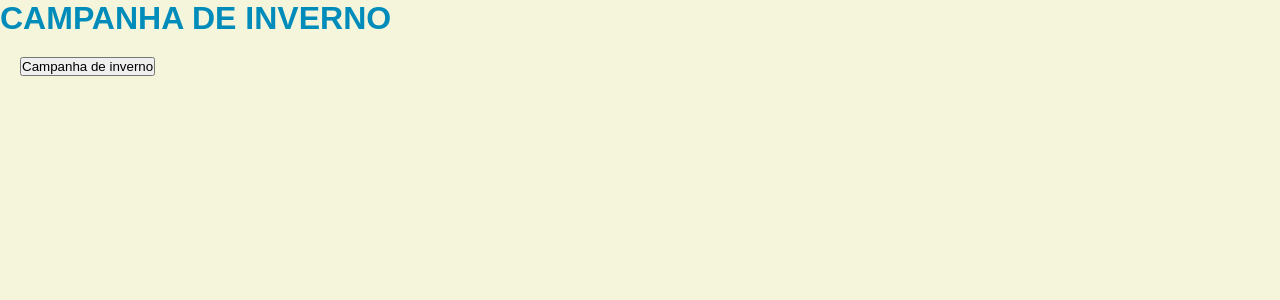
Repository: adrtrvs/qrcodeong
Page: campaignall.html
These files come from the project's save history. The page is drawn as it stood at one moment and after the next save; the edit follows.
The browser window is 1280 px wide. The pictures show the whole page.
Some web fonts or font styles are not loaded; a fallback is used.

Above is the page before, as saved 2023-05-26 09:37:50.

### campaignall.html
<!DOCTYPE html>
<html lang="pt-br">
  <head>
    <meta charset="UTF-8" />
    <meta http-equiv="X-UA-Compatible" content="IE=edge" />
    <meta name="viewport" content="width=device-width, initial-scale=1.0" />
    <link
      href="./files/logofavifinal.jpeg"
      rel="shortcut icon"
      type="image/x-icon"
    />
    <link rel="stylesheet" href="style.css" />
    <title>Campanha de inverno</title>
  </head>
  <body>
    <h1>Campanha de inverno</h1>
    <button class="campaignbutton">Campanha de inverno</button>
  </body>
</html>

### style.css
@import url('https://fonts.googleapis.com/css2?family=Courgette&display=swap');
@import url('https://fonts.googleapis.com/css2?family=Indie+Flower&display=swap');
@import url('https://fonts.googleapis.com/css2?family=Cuprum:wght@500&display=swap');
* {
  padding: 0;
  margin: 0;
}
@keyframes animate {
  0% {
    opacity: 0;
  }

  50% {
    opacity: 1;
  }

  100% {
    opacity: 0;
  }
}

body {
  background-color: #f5f5dc;
  background-repeat: no-repeat;
  background-size: cover;
  width: 100%;
}

header img {
  width: 100%;
}

header p {
  color: black;
  text-align: center;
  font-size: 18px;
  margin: 10px;
  font-family: 'Cuprum', sans-serif;
}

/*FONTES*/

h1,
h2,
h3 {
  color: #008cba;
  text-transform: uppercase;
  font-family: 'Cuprum', sans-serif;
}

/* MENU INDEX */

.menu h2 {
  background-color: #008cba;
  text-align: center;
  font-size: 18px;
  margin: 5px;
  padding: 5px;
  color: whitesmoke;
  font-family: 'Cuprum', sans-serif;
}

.menu h3 {
  font-size: 16px;
  margin-bottom: 5px;
  font-family: 'Cuprum', sans-serif;
}

/* LISTA INDEX */

ul li {
  display: flex;
  justify-content: space-between;
  padding: 16px;
  border-bottom: 1px solid rgba(0, 0, 0, 0.1);
}

/* PARAGRAFOS INDEX*/

.details {
  padding: 5px;
  color: #008cba;
  font-family: 'Cuprum', sans-serif;
}

/*BOTAO INDEX*/

._link {
  background-color: #008cba;
  border: none;
  padding: 13px 23px;
  border-radius: 26px;
  align-self: flex-start;
}

.submenu button a {
  text-decoration: none;
  font-size: 14px;
  color: whitesmoke;
  white-space: nowrap;
  font-family: 'Cuprum', sans-serif;
}

._link:hover {
  background-color: #cbf305;
  transition-duration: 0.4s;
}

.botaocomprov {
  background-color: #4caf50;
  border: none;
  padding: 13px 23px;
  border-radius: 26px;
}
.botaocomprov:hover {
  background-color: #cbf305;
  transition-duration: 0.4s;
}
.botaocomprov a {
  text-decoration: none;
  font-size: 14px;
  color: whitesmoke;
  white-space: nowrap;
  font-family: 'Cuprum', sans-serif;
}
/* PIX ONG  */
._pix {
  color: black;
  padding: 20px;
  text-align: center;
}
.qrcodepixong {
  display: flex;
  flex-direction: column;
  align-items: center;
  background-color: whitesmoke;
}
.qrcodepixong img {
  max-width: -webkit-fill-available;
}

/* TROCO SOLIDÁRIO */

div.trocorockn {
  display: flex;
  flex-direction: column;
  align-items: center;
  background-color: whitesmoke;
}
.trocorockn img {
  max-width: -webkit-fill-available;
}
.ultroco li {
  text-align: center;
  font-family: 'Cuprum', sans-serif;
  color: #008cba;
}

/*BOTÃO CAMPANHAS*/

.campaignbutton {
  text-align: center;
  margin: 20px;
}

.campaignbutton a {
  text-decoration: none;
  text-transform: uppercase;
  font-size: 2em;
  color: rgba(219, 10, 10, 0.73);
  text-align: center;
  animation: animate 2s linear infinite;
  font-family: 'Cuprum', sans-serif;
}
/*
.bcampaign {
  padding: 8px 15px;
  border-radius: 26px;
  border: none;
  background-color: #008cba;
}

.bcampaign:hover {
  background-color: #cbf305;
  transition-duration: 0.4s;
} */
/* CAMPAIGN*/

/* campaignvid {
  display: flex;
  flex-direction: column;
  align-items: center;
 */

/* .buttoncampaignaj {
  padding: 8px 15px;
  border-radius: 26px;
  border: none;
  background-color: #008cba;
  margin: 20px;
}

.buttoncampaignaj a {
  text-decoration: none;
  text-transform: uppercase;
  font-size: 2em;
  color: whitesmoke;
  animation: animate 3s linear infinite;
}

.buttoncampaignaj:hover {
  background-color: #4caf50;
  transition-duration: 0.4s;
}

.titlecampaing {
  text-align: center;
  color: rgba(0, 0, 0, 0.9);
}

.campaigndescription {
  font-size: 16px;
  color: rgba(0, 0, 0, 0.8);
  padding: 16px;
  text-align: center;
  justify-content: space-between;
} */

After the next save:
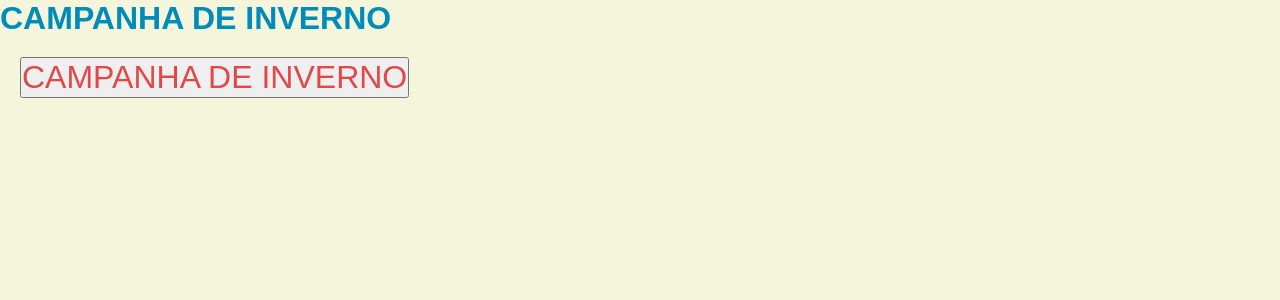
Saved 74 s later.
--- a/style.css
+++ b/style.css
@@ -161,9 +161,6 @@ div.trocorockn {
 .campaignbutton {
   text-align: center;
   margin: 20px;
-}
-
-.campaignbutton a {
   text-decoration: none;
   text-transform: uppercase;
   font-size: 2em;
@@ -171,6 +168,9 @@ div.trocorockn {
   text-align: center;
   animation: animate 2s linear infinite;
   font-family: 'Cuprum', sans-serif;
+}
+
+.campaignbutton {
 }
 /*
 .bcampaign {
